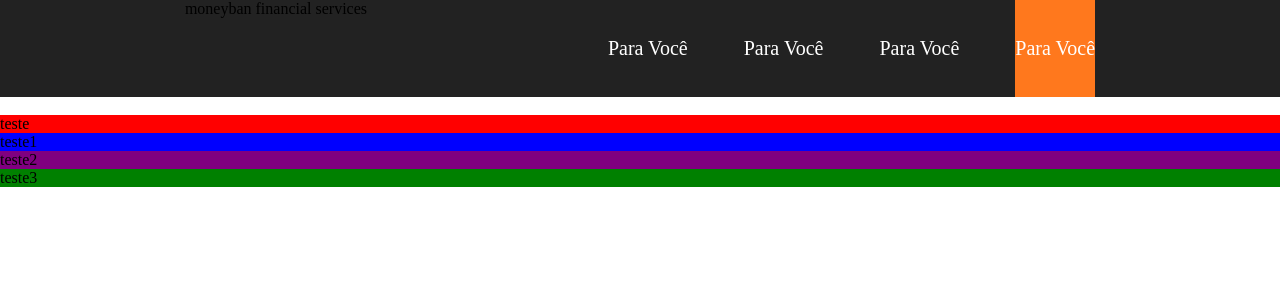
Repository: IvanCardoso91/moneyban
Page: index.html
These files come from the project's save history. The page is drawn as it stood at one moment and after the next save; the edit follows.
The browser window is 1280 px wide. The pictures show the whole page.
Some web fonts or font styles are not loaded; a fallback is used.

Above is the page before, as saved 2020-12-12 17:17:37.

After the next save:
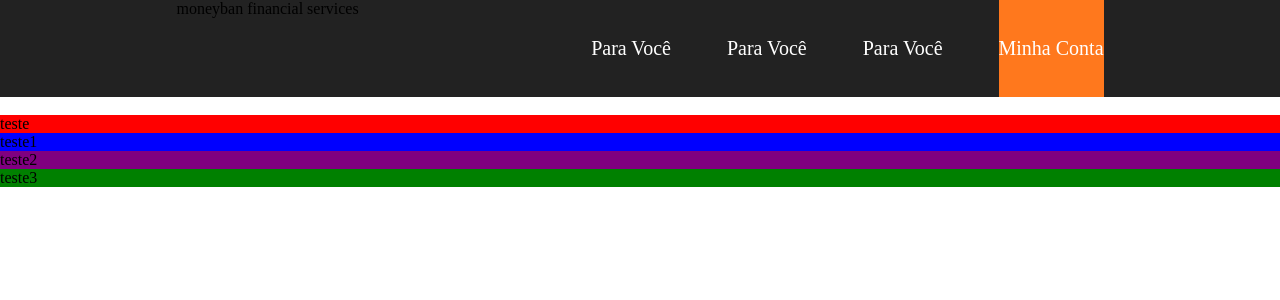
Saved 16 s later.
--- a/index.html
+++ b/index.html
@@ -15,7 +15,7 @@
             <span class="menu-options-text"><a>Para Você</a></span>
             <span class="menu-options-text"><a>Para Você</a></span>
             <span class="menu-options-text"><a>Para Você</a></span>
-            <div class="menu-options-my-account"><a>Para Você</a></div>
+            <div class="menu-options-my-account"><a>Minha Conta</a></div>
         </div>
     </div>
 </head>
